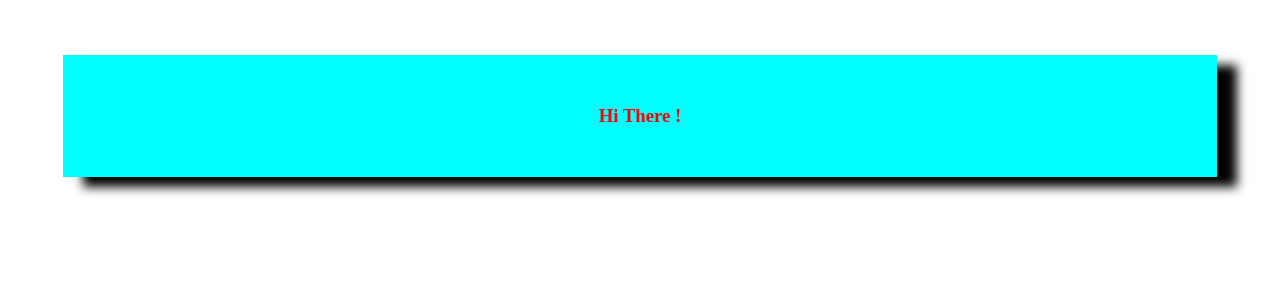
Repository: VISHALGUPTA100803/Harkirat_MERN
Page: zerodha_landing_page week0(html+css)/index2.html
The author's editor kept a copy of each file at every save. The page is drawn from the files as they stood at one save, then again after a run of saves.
The browser window is 1280 px wide. The pictures show the whole page.

Above is the page before, as saved 2023-12-16 13:59:50.

### zerodha_landing_page week0(html+css)/index2.html
<center>
    <h3 style="color: red; background-color: aqua;
    box-shadow: 20px 10px 10px black; margin: 55px; padding: 50px;">
   Hi There !
    </h3>
 </center>

After the next 5 saves:
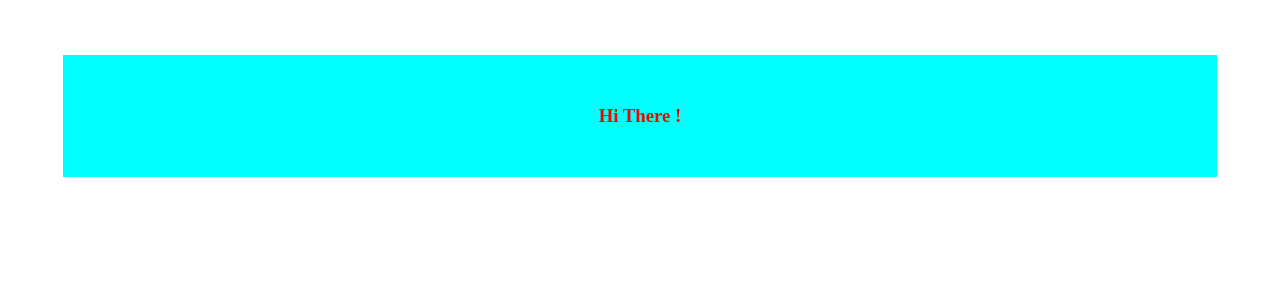
The 5 saves are shown as one change because they came seconds apart.
The last was saved 3 min 58 s later.
--- a/zerodha_landing_page week0(html+css)/index2.html
+++ b/zerodha_landing_page week0(html+css)/index2.html
@@ -1,6 +1,7 @@
 <center>
     <h3 style="color: red; background-color: aqua;
-    box-shadow: 20px 10px 10px black; margin: 55px; padding: 50px;">
+    box-shadow: 20px 10px 10px black <
+    ; margin: 55px; padding: 50px;">
    Hi There !
     </h3>
  </center>

After the 2 saves that followed:
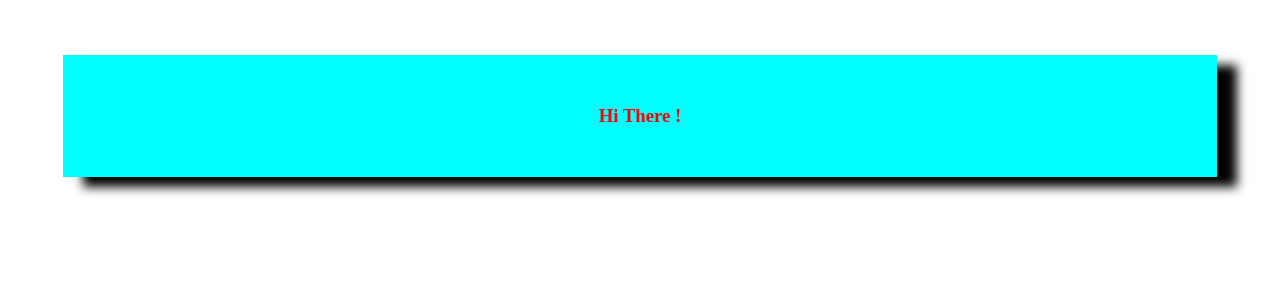
The 2 saves are shown as one change because they came seconds apart.
The last was saved 7 s later.
--- a/zerodha_landing_page week0(html+css)/index2.html
+++ b/zerodha_landing_page week0(html+css)/index2.html
@@ -1,6 +1,6 @@
 <center>
     <h3 style="color: red; background-color: aqua;
-    box-shadow: 20px 10px 10px black <
+    box-shadow: 20px 10px 10px black
     ; margin: 55px; padding: 50px;">
    Hi There !
     </h3>
